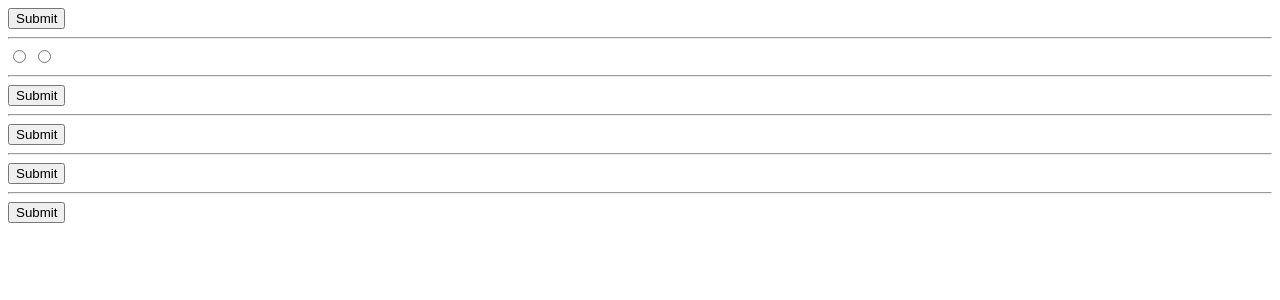
Repository: Lixianlai-2/html-demo-1
Page: input.html
An editor plug-in stored every save of this project. The page is shown before and after the next save, followed by the edit.
The browser window is 1280 px wide. The pictures show the whole page.

Above is the page before, as saved 2021-11-27 22:57:03.

After the next save:
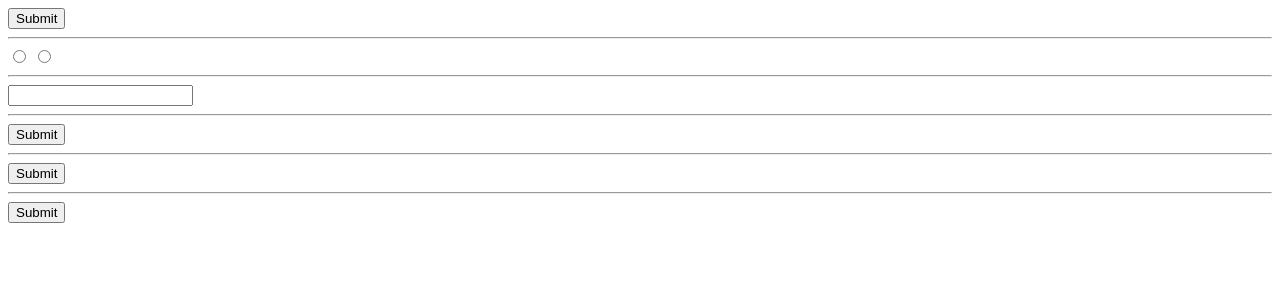
Saved 17 s later.
--- a/input.html
+++ b/input.html
@@ -13,7 +13,7 @@
       <input type="radio" value="美女" name="选择" />
       <input type="radio" value="美食" name="选择" />
       <hr />
-      <input type="submit" />
+      <input type="text" required />
       <hr />
       <input type="submit" />
       <hr />
